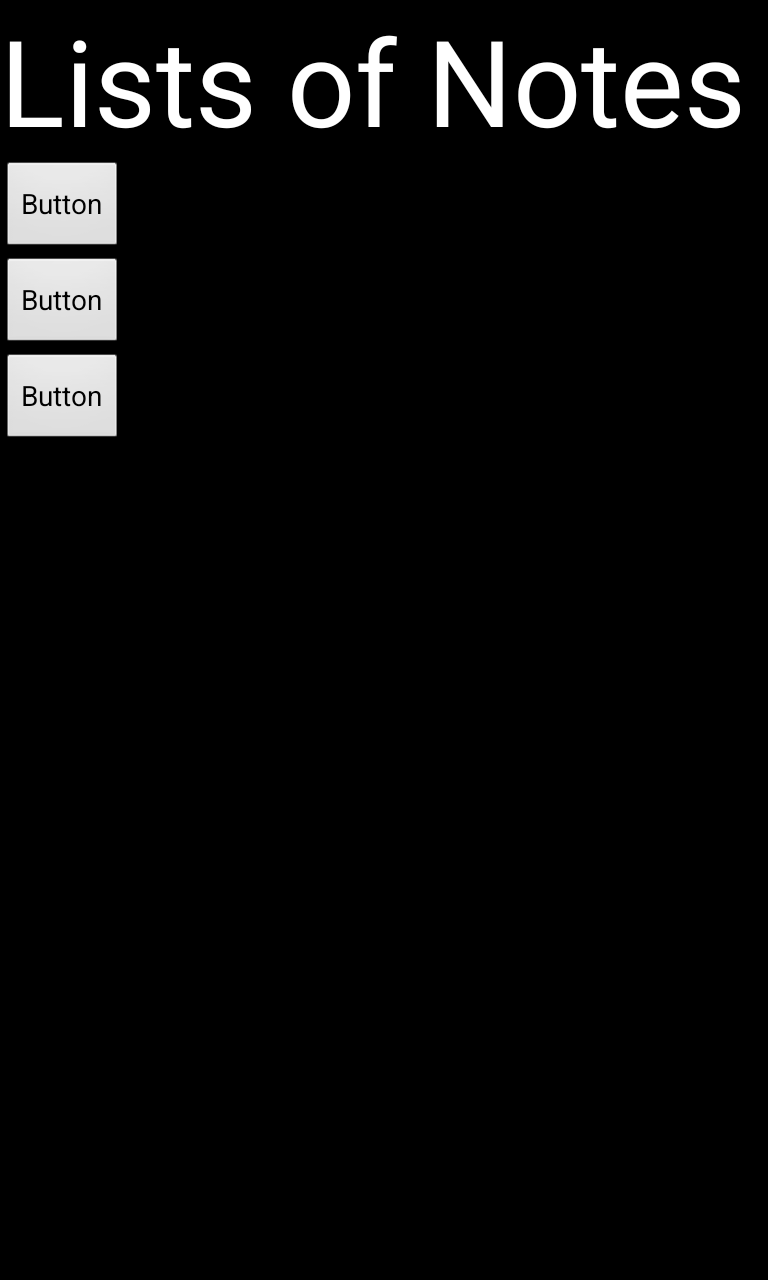
Repository: sandrapatfer/PROMPT11-10-CloudComputing.sandrapatfer
Layout: src/FinalWork/AndroidCloudNotes/AndroidCloudNotes/res/layout/tasklist_list_view.xml
These files come from the project's save history. The layout is drawn as it stood at one moment and after the next save; the edit follows.
It is drawn on a 768 x 1280 px phone screen (xhdpi) without system bars, with theme android:Theme; the app's code is not run. Lists and similar views that code fills are empty.

Above is the layout before, as saved 2012-06-03 19:56:16.

### src/FinalWork/AndroidCloudNotes/AndroidCloudNotes/res/layout/tasklist_list_view.xml
<?xml version="1.0" encoding="utf-8"?>
<LinearLayout xmlns:android="http://schemas.android.com/apk/res/android"
    android:layout_width="match_parent"
    android:layout_height="match_parent"
    android:orientation="vertical" >







    <TextView
        android:id="@+id/textView1"
        android:layout_width="wrap_content"
        android:layout_height="wrap_content"
        android:text="@string/tasklist_title"
        android:textAppearance="?android:attr/textAppearanceLarge"
        android:textSize="60dp" />

    <Button
        android:id="@+id/button3"
        android:layout_width="wrap_content"
        android:layout_height="wrap_content"
        android:text="Button" />

    <ListView
        android:id="@+id/tasklist_view"
        android:layout_width="match_parent"
        android:layout_height="wrap_content" >
    </ListView>

    <Button
        android:id="@+id/button1"
        android:layout_width="wrap_content"
        android:layout_height="wrap_content"
        android:text="Button" />

    <Button
        android:id="@+id/button2"
        android:layout_width="wrap_content"
        android:layout_height="wrap_content"
        android:text="Button" />

</LinearLayout>

### src/FinalWork/AndroidCloudNotes/AndroidCloudNotes/res/values/strings.xml
<?xml version="1.0" encoding="utf-8"?>
<resources>

    <string name="hello">Hello World, AndroidCloudNotesActivity!</string>
    <string name="app_name">Prompt Cloud Notes for Android</string>
    <string name="tasklistitem_label">"List: "</string>
    <string name="tasklist_title">Lists of Notes</string>

</resources>

After the next save:
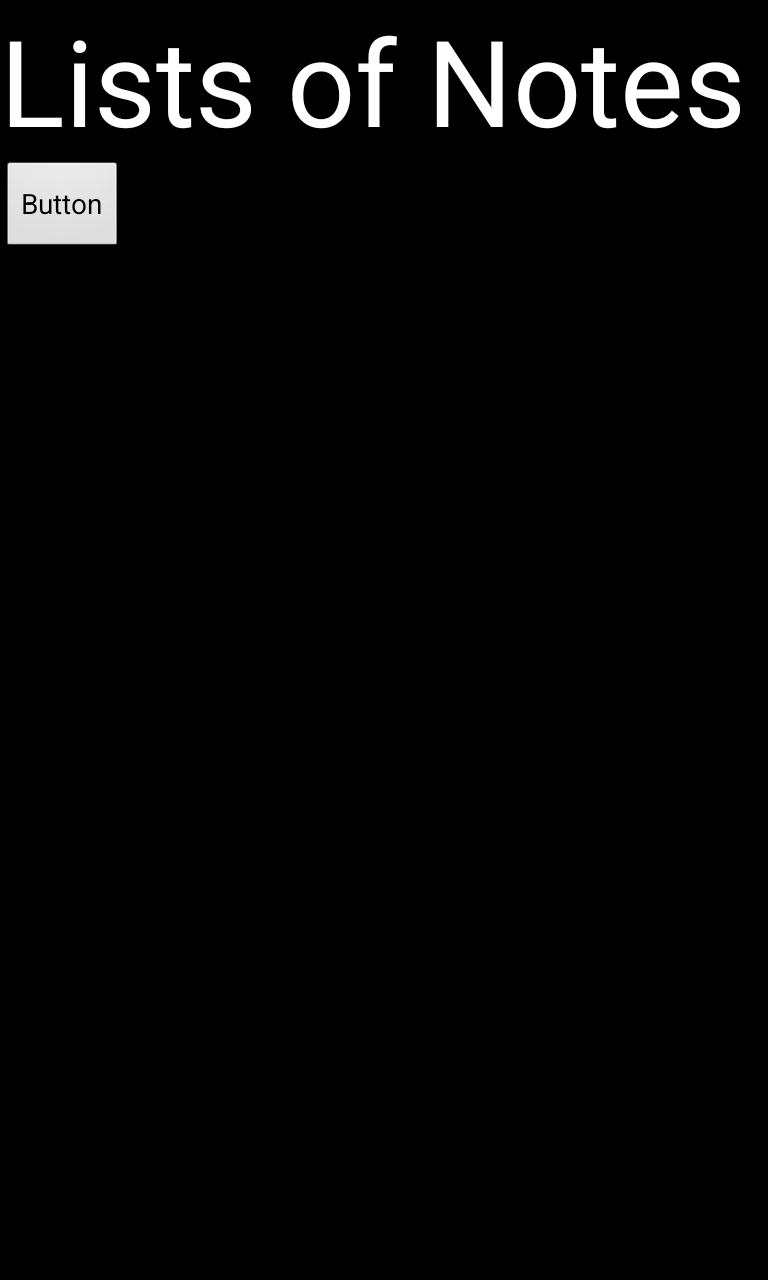
Saved 22 s later.
--- a/src/FinalWork/AndroidCloudNotes/AndroidCloudNotes/res/layout/tasklist_list_view.xml
+++ b/src/FinalWork/AndroidCloudNotes/AndroidCloudNotes/res/layout/tasklist_list_view.xml
@@ -3,12 +3,6 @@
     android:layout_width="match_parent"
     android:layout_height="match_parent"
     android:orientation="vertical" >
-
-
-
-
-
-
 
     <TextView
         android:id="@+id/textView1"
@@ -17,12 +11,6 @@
         android:text="@string/tasklist_title"
         android:textAppearance="?android:attr/textAppearanceLarge"
         android:textSize="60dp" />
-
-    <Button
-        android:id="@+id/button3"
-        android:layout_width="wrap_content"
-        android:layout_height="wrap_content"
-        android:text="Button" />
 
     <ListView
         android:id="@+id/tasklist_view"
@@ -36,10 +24,4 @@
         android:layout_height="wrap_content"
         android:text="Button" />
 
-    <Button
-        android:id="@+id/button2"
-        android:layout_width="wrap_content"
-        android:layout_height="wrap_content"
-        android:text="Button" />
-
 </LinearLayout>
